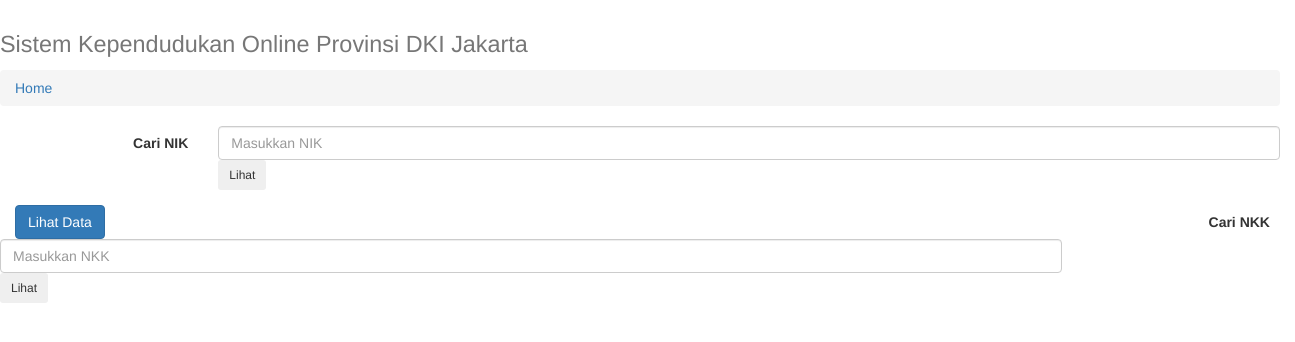
Repository: apap-2017/tugas1_1406544135
Page: http://localhost/index
These files come from the project's save history. The page is drawn as it stood at one moment and after the next save; the edit follows.
The browser window is 1280 px wide. The page is 1295 px wide, so the pictures cover 1295 px, including what lies to the right of the window. The pictures show the whole page.
The page is this project's Thymeleaf template; nobody is signed in. The template is opened directly, without the code that normally fills it, so the values that code supplies are empty.

Above is the page before, as saved 2017-10-22 06:43:21.

After the next save:
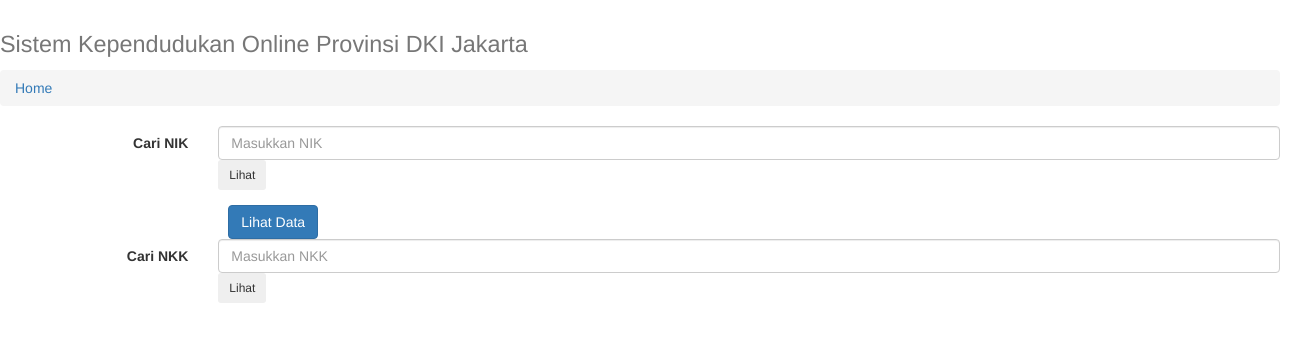
Saved 9 s later.
--- a/Tugas1_1406544135/src/main/resources/templates/index.html
+++ b/Tugas1_1406544135/src/main/resources/templates/index.html
@@ -34,6 +34,7 @@
 
 
 	<div class="form-group">
+		<label class="col-sm-2 control-label"></label>
 		<div class="col-sm-10">
 			<div class="pull-left">
 				<a th:href="@{/penduduk/tambah}"
